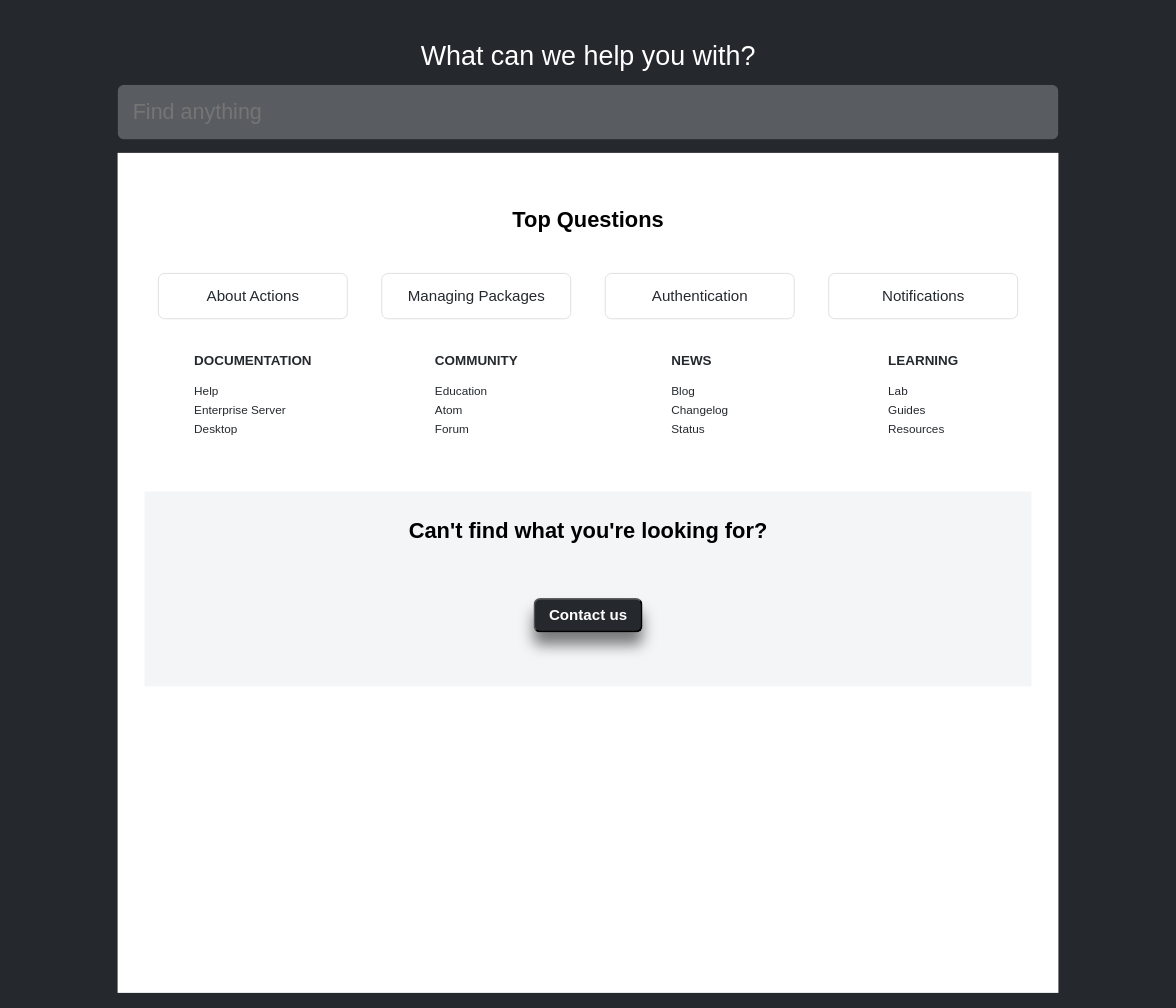
Repository: Hcmwebs/Help-Center-UI-
Page: index.html
An editor plug-in stored every save of this project. The page is shown before and after the next save, followed by the edit.
The browser window is 1280 px wide. The page is 1400 px wide, so the pictures cover 1400 px, including what lies to the right of the window. The pictures show the whole page, at 84% of full size.
The style sheet was rebuilt from its Sass, Less or Tailwind sources for each picture, by a compiler version that may differ from the author's.

Above is the page before, as saved 2020-08-26 01:54:37.

After the next save:
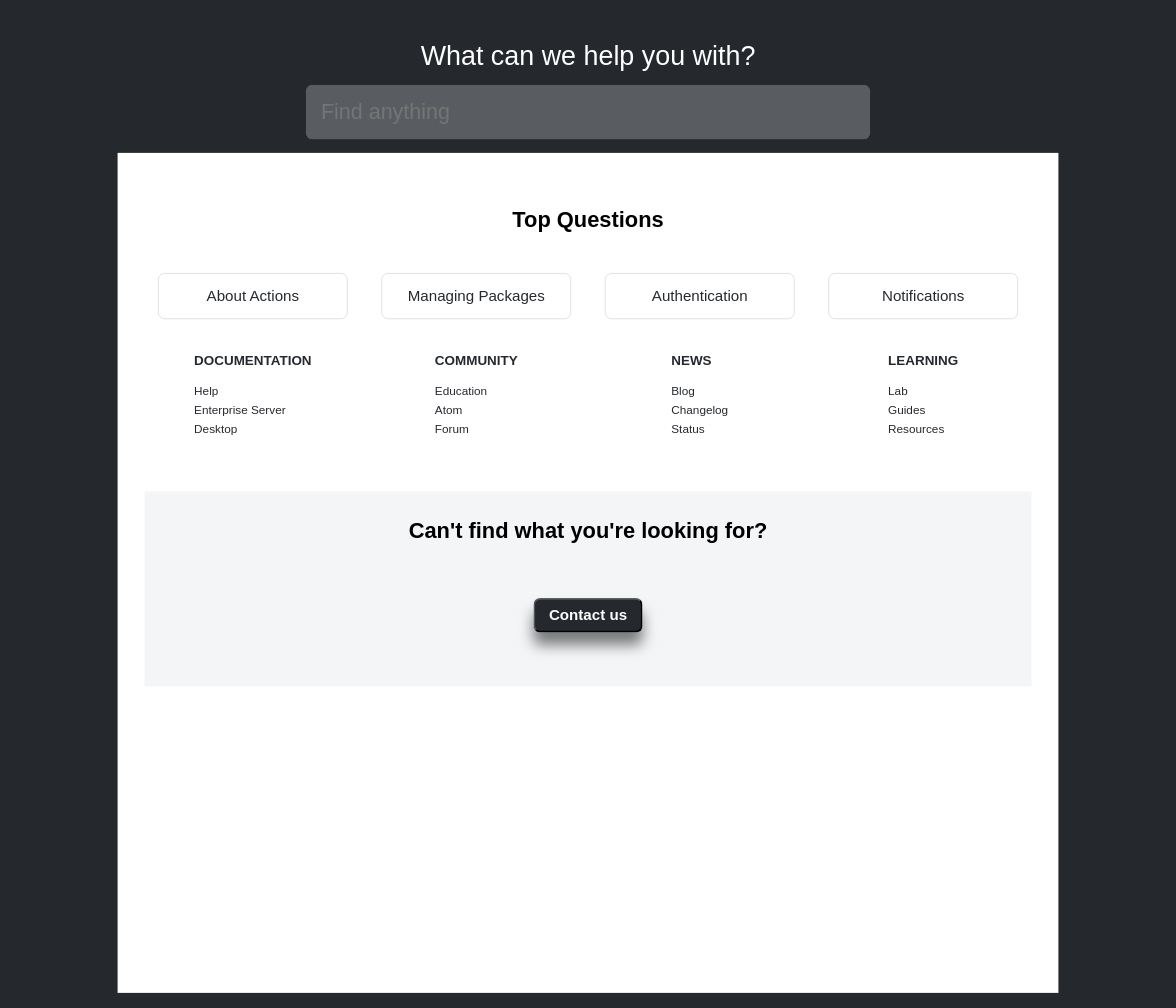
Saved 36 s later.
--- a/scss/styles.scss
+++ b/scss/styles.scss
@@ -34,9 +34,8 @@ header{
     text-align: center;
     margin-bottom: 1rem;
 
-    input{
-        font-size: 1.6rem;
-        width: 100%;
+    input{font-size: 1.6rem;
+        width: 60%;
         padding: 1rem;
         color:$primary-color;
         background-color:rgba(255,255,255,0.24);
@@ -147,7 +146,6 @@ header{
 @media(min-width:700px){
     .container{
         width: 1400px;
-        max-width: 100%;
         height: 1200px;
         overflow: hidden;
         padding: 3rem 0;
